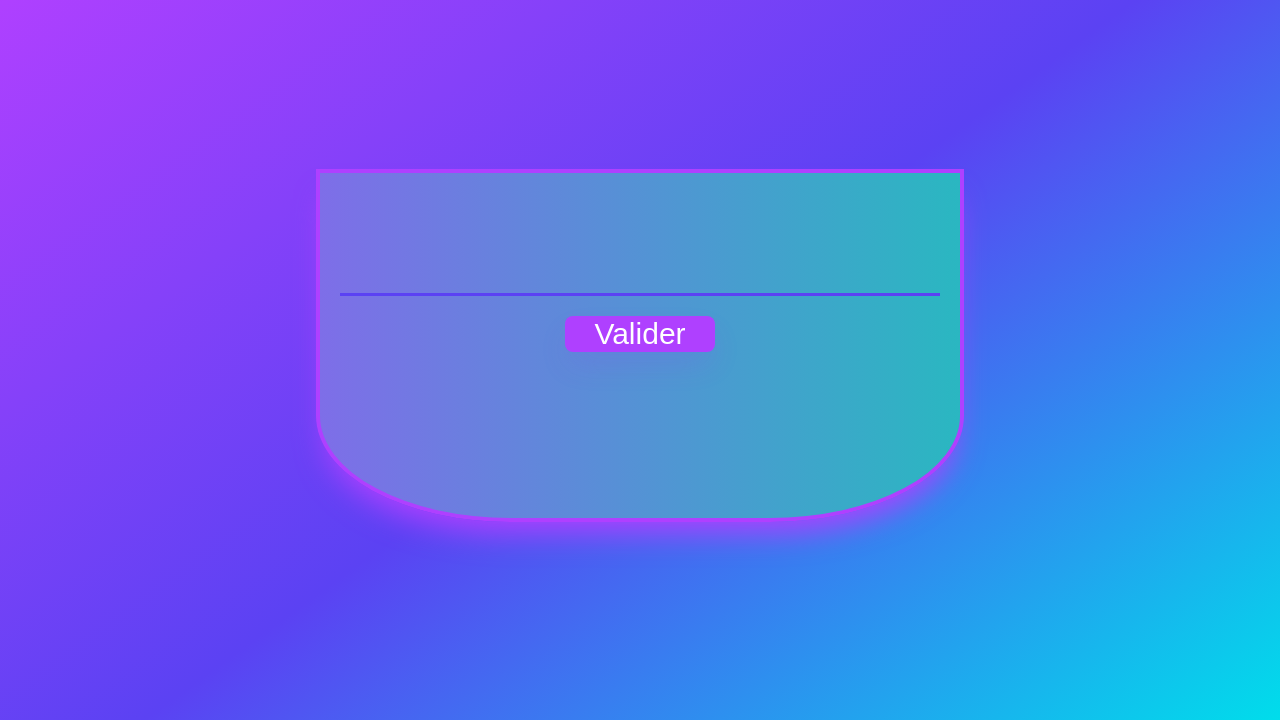
Repository: Belhoucine123/page1
Page: javascript/test33.html
These files come from the project's save history. The page is drawn as it stood at one moment and after the next save; the edit follows.
The browser window is 1280 px wide. The pictures show the whole page.

Above is the page before, as saved 2023-07-04 23:59:44.
Console error: ReferenceError: load is not defined

After the next save:
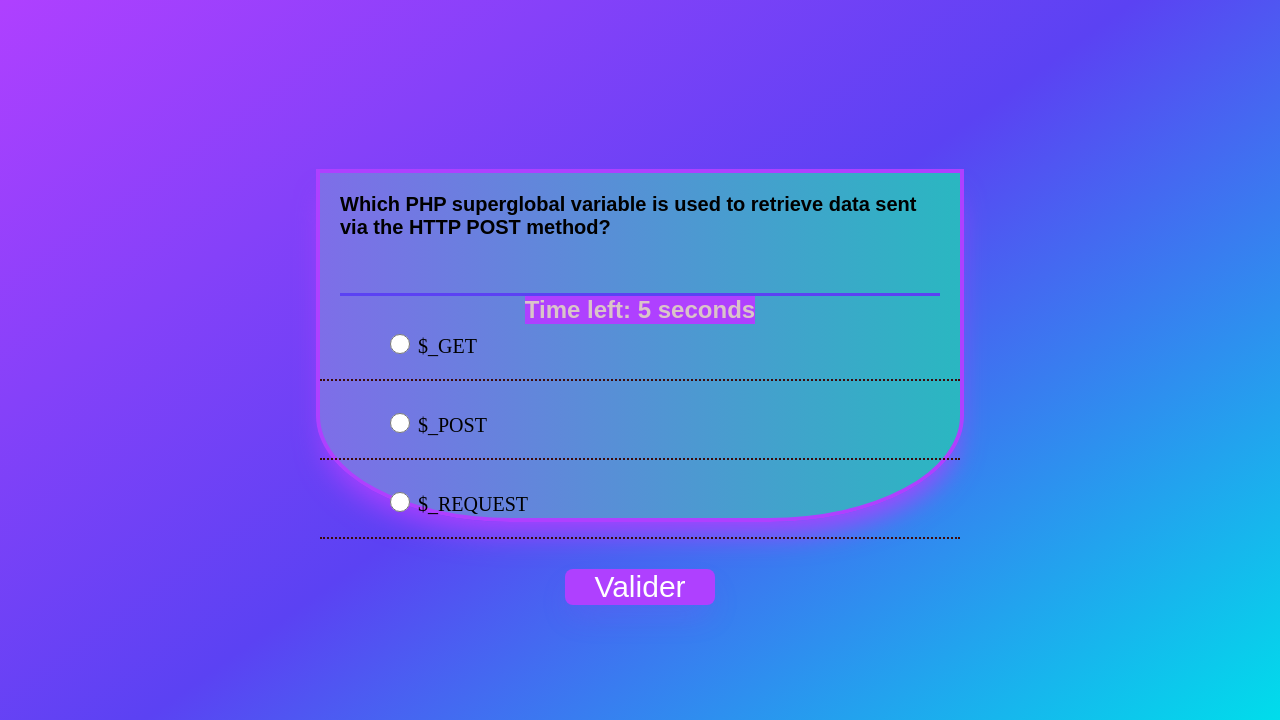
Saved 94 s later.
--- a/javascript/test33.js
+++ b/javascript/test33.js
@@ -3,35 +3,43 @@
 var score = 0;
 var timeLeft = 10;
 var countdown;
+var typequiz = "html";
 var questionElement = document.getElementById("question");
 var optionsElement = document.getElementById("options");
 var resultElement = document.getElementById("result");
+var timerElement = document.getElementById("timer");
+
 var submitButton = document.getElementById("submit-btn");
 var restartButton = document.getElementById("restart-btn");
 
 function loadQuiz() {
   restartButton.style.display = "none";
 
-  fetch("questions.json")
-    .then(function(response) {
+  fetch("test333.json")
+    .then(function (response) {
       return response.json();
     })
-    .then(function(data) {
+    .then(function (data) {
       questions = getRandomQuestions(data.questions, 10);
       displayQuestion();
     })
-    .catch(function(error) {
+    .catch(function (error) {
       console.log("Error loading questions:", error);
     });
 }
 
 function getRandomQuestions(questions, count) {
   var shuffledQuestions = questions.slice();
-  shuffledQuestions.sort(function() {
+  shuffledQuestions.sort(function () {
     return 0.5 - Math.random();
   });
 
-  return shuffledQuestions.slice(0, count);
+  var selectedQuestions = shuffledQuestions.slice(0, count);
+  var uniqueQuestions = Array.from(
+    new Set(selectedQuestions.map(JSON.stringify))
+  ).map(JSON.parse);
+
+  return uniqueQuestions;
 }
 
 function displayQuestion() {
@@ -51,9 +59,11 @@
   }
 
   timeLeft = 10;
+  timerElement.textContent = "Time left: " + timeLeft + " seconds";
   clearInterval(countdown);
-  countdown = setInterval(function() {
+  countdown = setInterval(function () {
     timeLeft--;
+    timerElement.textContent = "Time left: " + timeLeft + " seconds";
     if (timeLeft <= 0) {
       clearInterval(countdown);
       submitAnswer();
@@ -68,11 +78,15 @@
 
   if (selectedAnswer === question.answer) {
     score++;
+    console.log("valid response");
+  } else {
+    console.log("invalid response");
   }
 
   currentQuestion++;
 
   if (currentQuestion === questions.length) {
+    console.log("finish question");
     displayResult();
   } else {
     displayQuestion();
@@ -81,15 +95,30 @@
 
 function displayResult() {
   clearInterval(countdown);
+  timerElement.style.display = "none";
   questionElement.style.display = "none";
   optionsElement.style.display = "none";
   submitButton.style.display = "none";
-  resultElement.textContent = "Your final score is: " + score + "/" + questions.length;
+  resultElement.textContent =
+    "Your final score is: " + score + "/" + questions.length;
   resultElement.style.display = "block";
   restartButton.style.display = "block";
+  const formData =
+    "score=" +
+    encodeURIComponent(score) +
+    "&length=" +
+    encodeURIComponent(questions.length) +
+    "&type=" +
+    encodeURIComponent(typequiz);
+  const xhr = new XMLHttpRequest();
+  xhr.open("POST", "../api/score.php");
+  xhr.setRequestHeader("Content-Type", "application/x-www-form-urlencoded");
+  xhr.send(formData);
 }
 
 function restartQuiz() {
+  clearInterval(countdown);
+  timerElement.style.display = "block";
   currentQuestion = 0;
   score = 0;
   questionElement.style.display = "block";
@@ -102,3 +131,5 @@
 
 submitButton.addEventListener("click", submitAnswer);
 restartButton.addEventListener("click", restartQuiz);
+
+loadQuiz();
